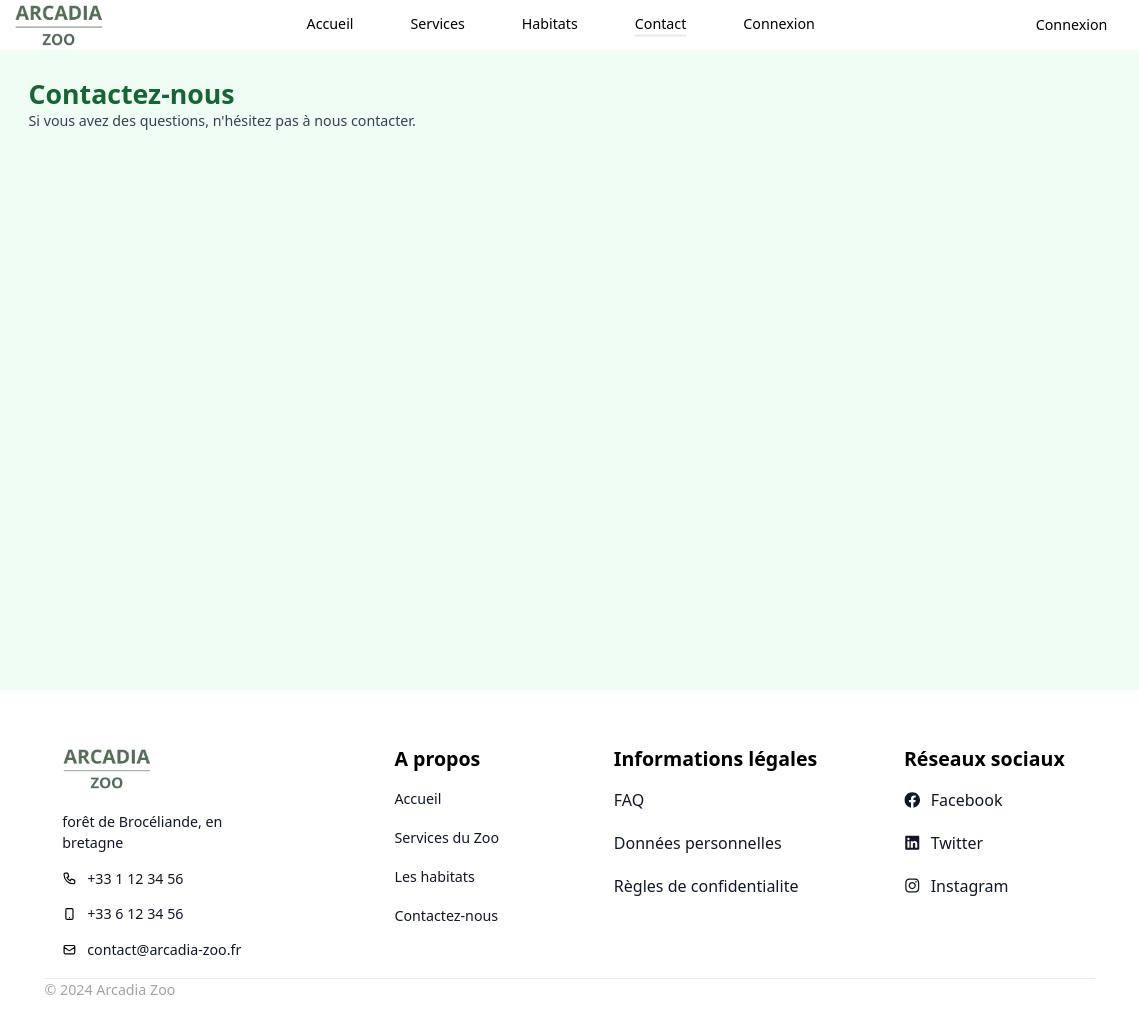
Repository: rdaa99/zoo-arcadia
Page: /contact
An editor plug-in stored every save of this project. The page is shown before and after the next save, followed by the edit.
The browser window is 1280 px wide. The pictures show the whole page, at 89% of full size.
The project was rebuilt for these pictures with package versions that can differ from the ones it lists, and the page was loaded fresh each time. The framework's server and built-in components were replaced by stand-ins that run in the browser. Also part of the build but not shown: next.config.ts, components/organisms/Navbar/NavbarMobile.tsx, components/molecules/Button/TextButton.tsx.

Above is the page before, as saved 2024-11-18 21:48:15.

### app/layout.tsx
import type { Metadata } from "next";
import localFont from "next/font/local";
import "./globals.css";
import { Footer } from "@/components/organisms/Footer/Footer";
import { Navbar } from "@/components/organisms/Navbar/Navbar";
import { NavbarResponsive } from "@/components/organisms/Navbar/NavbarResponsive";

const geistSans = localFont({
  src: "../assets/fonts/GeistVF.woff",
  variable: "--font-geist-sans",
  weight: "100 900",
});
const geistMono = localFont({
  src: "../assets/fonts/GeistMonoVF.woff",
  variable: "--font-geist-mono",
  weight: "100 900",
});

export const metadata: Metadata = {
  title: "Create Next App",
  description: "Generated by create next app",
};

export default function RootLayout({
  children,
}: Readonly<{
  children: React.ReactNode;
}>) {
  return (
    <html lang="en">
      <body
        className={`${geistSans.variable} ${geistMono.variable} antialiased`}
      >
        <div className="sticky top-0 z-[400]">
          <NavbarResponsive />
        </div>
        {children}

        <div>
          <Footer />
        </div>
      </body>
    </html>
  );
}

### app/(pages)/contact/page.tsx
import { Button } from "flowbite-react";
import Image from "next/image";
import Link from "next/link";

export default function ContactPage() {
  return (
    <div className="bg-green-50 min-h-screen p-8">
      <h1 className="text-3xl font-bold text-green-800">Contactez-nous</h1>
      <p className="text-gray-700">
        Si vous avez des questions, n'hésitez pas à nous contacter.
      </p>
      {/* Ajoutez ici le formulaire ou d'autres éléments nécessaires */}
    </div>
  );
}

### components/organisms/Footer/Footer.tsx
'use client';

import { Footer as FlowbiteFooter } from 'flowbite-react';
import { FaFacebook, FaInstagram, FaLinkedin } from 'react-icons/fa';
import { HiOutlineDeviceMobile, HiOutlineMail, HiOutlinePhone } from 'react-icons/hi';
import { customFooterTheme } from './theme';
import { Logo } from '@/components/atoms/Logo';
import { useResponsive, DeviceSize } from '@/hooks/useResponsive';
import { Typography } from '@/components/atoms/Typography/Typography';

export const Footer = () => {
    const { deviceSize } = useResponsive();

    const adressList = [
        { name: "forêt de Brocéliande, en bretagne" },
        { name: "+33 1 12 34 56", icon: HiOutlinePhone },
        { name: "+33 6 12 34 56", icon: HiOutlineDeviceMobile },
        { name: "contact@arcadia-zoo.fr", icon: HiOutlineMail }
    ];

    const aboutList = [
        { name: "Accueil", link: '/' },
        {name: 'Services du Zoo', link: '/Services',},
        {name: 'Les habitats', link: '/Habitats',},
        {name: 'Contactez-nous', link: '/Contact',}
    ];

    const legalList = [
        { name: "FAQ", link: '/faq' },
        { name: "Données personnelles", link: '/donnees-personnelles' },
        { name: "Règles de confidentialite", link: '/regle-confidentialite' }
    ];

    const socialList = [
        { name: "Facebook", icon: FaFacebook, link: '#' },
        { name: "Twitter", icon: FaLinkedin, link: '#' },
        { name: "Instagram", icon: FaInstagram, link: '#' },
    ];


    let footerSize = '';
    if (deviceSize <= DeviceSize.sm) {
        footerSize = 'max-w-screen-sm';
    } else if (deviceSize < DeviceSize.lg) {
        footerSize = 'max-w-screen-lg';
    } else if (deviceSize > DeviceSize.lg) {
        footerSize = 'xl:w-[1180px] w-auto';
    }

    const footerWidth =
        deviceSize <= DeviceSize.md
        ? 'w-[350px]'
        : deviceSize <= DeviceSize.lg
            ? 'w-52'
            : deviceSize <= DeviceSize.xl
            ? 'w-[300px]'
            : 'w-[350px]';

    return (
        <FlowbiteFooter container={true} theme={customFooterTheme}>
        <div className={`${footerSize}  grid md:grid-cols-4 md:gap-x-7 gap-y-5 md:gap-y-0`}>
        <div className="grid grid-cols-1 md:content-start justify-items-center md:justify-items-start gap-y-5 p-5">
            <Logo />
            <div className="flex items-center md:items-start flex-col md:gap-y-4 gap-y-3">
            {adressList.map((list, index) => (
                <div className={`flex items-center gap-x-3 text-primary-900`} key={index}>
                {list.icon && <list.icon />}
                <Typography customClassName="text-base font-normal text-start text-slate-900" fontFamily="secondary">
                    {list.name}
                </Typography>
                </div>
            ))}
            </div>
        </div>
        <div className={`grid md:justify-around md:content-start md:justify-items-start justify-items-center gap-y-4 p-5 ${footerWidth}`}>
            <FlowbiteFooter.Title theme={customFooterTheme.title} title="A propos" />
            <FlowbiteFooter.LinkGroup theme={customFooterTheme.groupLink}>
            {aboutList.map((list, index) => (
                <FlowbiteFooter.Link theme={customFooterTheme.groupLink.link} key={index} href={list.link}>
                    <Typography customClassName="flex items-center text-base font-normal" fontFamily="secondary">
                    {list.name}
                    </Typography>
                </FlowbiteFooter.Link>
            ))}
            </FlowbiteFooter.LinkGroup>
        </div>
        <div className={`grid md:justify-around md:content-start md:justify-items-start justify-items-center gap-y-4 p-5 ${footerWidth}`}>
            <FlowbiteFooter.Title theme={customFooterTheme.title} title="Informations légales" />
            <FlowbiteFooter.LinkGroup theme={customFooterTheme.groupLink}>
            {legalList.map((list, index) => (
                <FlowbiteFooter.Link theme={customFooterTheme.groupLink.link} key={index} href={list.link}>
                    {list.name}
                </FlowbiteFooter.Link>
            ))}
            </FlowbiteFooter.LinkGroup>
        </div>
        <div className={`grid md:justify-around md:content-start md:justify-items-start justify-items-center gap-y-4 p-5 ${footerWidth}`}>
            <FlowbiteFooter.Title theme={customFooterTheme.title} title="Réseaux sociaux" />
            <FlowbiteFooter.LinkGroup theme={customFooterTheme.groupLink}>
            {socialList.map((list, index) => (
                <FlowbiteFooter.Link theme={customFooterTheme.groupLink.link} key={index} href={list.link}>
                <div className={`flex items-center gap-x-3`}>
                    {list.icon && <list.icon />}
                    {list.name}
                </div>
                </FlowbiteFooter.Link>
            ))}
            </FlowbiteFooter.LinkGroup>
        </div>
        </div>
        <FlowbiteFooter.Divider />
        <div className="max-w-screen-md md:w-[1180px] grid grid-rows-1 md:justify-start justify-center">
        <FlowbiteFooter.Copyright theme={customFooterTheme.copyright} by=" Arcadia Zoo" year={new Date().getFullYear()} />
        </div>
    </FlowbiteFooter>
    );
};

### components/organisms/Navbar/NavbarResponsive.tsx
'use client';

import { DeviceSize, useResponsive } from "@/hooks/useResponsive";
import { NavbarMobile } from "./NavbarMobile";
import { Navbar } from "./Navbar";

export const NavbarResponsive = () => {
  const { deviceSize } = useResponsive();

  if (!deviceSize) {
    return null; // ou un loader pendant le calcul
  }

  return deviceSize <= DeviceSize.lg ? <NavbarMobile /> : <Navbar />;
};

### components/organisms/Footer/theme.tsx
import { FlowbiteFooterTheme } from 'flowbite-react';

export const customFooterTheme: FlowbiteFooterTheme = {
  root: {
    base: 'grid pt-10 md:pt-10 justify-center bg-zinc-50 lg:px-0 md:px-10 px-0 bg-secondary-50',
    container: '',
    bgDark: ''
  },
  groupLink: {
    base: 'grid md:gap-y-5 gap-y-3 items-center justify-items-center md:justify-items-start',
    link: {
      base: 'text-lg leading-7 text-slate-900',
      href: ''
    },
    col: ''
  },
  icon: {
    base: 'text-red-500 dark:hover:text-white',
    size: 'h-9 w-9'
  },
  title: {
    base: 'text-primary-700 text-[22px] normal-case font-bold'
  },
  divider: {
    base: 'md:w-full md:border-stone-300 p-5'
  },
  copyright: {
    base: 'w-full text-base text-neutral-400 md:mb-9 mb-4',
    href: '',
    span: ''
  },
  brand: {
    base: 'mb-4',
    img: 'mr-3 h-8',
    span: 'self-center whitespace-nowrap text-2xl font-semibold text-red-800'
  }
};

### hooks/useResponsive.ts
'use client';

import { useEffect, useState } from 'react';

export enum DeviceSize {
  sm = 640,
  md = 768,
  lg = 1024,
  xl = 1280
}

export const useResponsive = () => {
  const [deviceSize, setDeviceSize] = useState(DeviceSize.xl);

  useEffect(() => {
    const checkScreenSize = () => {
      if (window.innerWidth <= DeviceSize.sm) {
        setDeviceSize(DeviceSize.sm);
      } else if (window.innerWidth <= DeviceSize.md) {
        setDeviceSize(DeviceSize.md);
      } else if (window.innerWidth < DeviceSize.lg) {
        setDeviceSize(DeviceSize.lg);
      } else {
        setDeviceSize(DeviceSize.xl);
      }
    };
    checkScreenSize();

    window.addEventListener('resize', checkScreenSize);

    return () => window.removeEventListener('resize', checkScreenSize);
  }, []);

  return { deviceSize };
};

### components/atoms/Typography/Typography.tsx
import React from 'react';

import clsxm from '@/utils/clsxm';
import { MarginRestrictedClassnames } from '@/utils/tailwind';

import { BreakWords, FontFamily, FontWeight, Gradiant, HTMLTag, TextAlign, TextColor, TextTransform, VariantType } from './interface';

type Shade = '50' | '100' | '200' | '300' | '400' | '500' | '600' | '700' | '800' | '900';

export type Props = {
  children: React.ReactNode;
  variant?: VariantType;
  tag?: HTMLTag;
  align?: TextAlign;
  breakWords?: BreakWords;
  ellipsis?: boolean;
  onClick?: () => void;
  transform?: TextTransform;
  weight?: FontWeight;
  color?: TextColor;
  gradiant?: Gradiant;
  customColor?: string;
  withCarriageReturn?: boolean;
  customColorClass?: `text-${TextColor}-${Shade}`;
  customClassName?: string;
  marginClassName?: MarginRestrictedClassnames;
  fontFamily?: FontFamily;
};

export const VARIANT_TO_TAG: Record<VariantType, HTMLTag> = {
  bigTitle: 'h1',
  heroTitle: 'h1',
  h1: 'h1',
  h2: 'h2',
  h3: 'h3',
  h4: 'h4',
  h5: 'h5',
  cardTitle: 'h3',
  componentTitle: 'h2',
  componentSmallTitle: 'h3',
  small: 'p',
  paragraph: 'p',
  paragraph2: 'p',
  paragraph3: 'p',
  formTitle: 'p',
  extraSmall: 'p'
};

export const Typography = ({
  children,
  variant,
  tag,
  align,
  breakWords,
  ellipsis = false,
  onClick = () => undefined,
  weight,
  transform,
  color,
  gradiant,
  customColor,
  customColorClass,
  withCarriageReturn,
  marginClassName,
  customClassName,
  fontFamily
}: Props) => {
  const CustomTag = tag ? tag : (variant && VARIANT_TO_TAG[variant]) || 'p';
  const appliedColor = customColor || undefined;

  return (
    <CustomTag
      data-testid="typography"
      style={{ color: appliedColor }}
      className={clsxm(
        'align-left font-normal ',
        marginClassName,
        customClassName,
        [
          variant === 'bigTitle' && 'lg:text-[56px] lg:leading-[58px] font-bold text-[38px] leading-[40px]',
          variant === 'heroTitle' && 'font-medium text-[34px] leading-[34px] md:text-[58px] md:leading-[58px]',
          variant === 'h1' && 'font-900 text-2xl md:text-3xl lg:text-4xl',
          variant === 'h2' && 'font-900 text-xl md:text-2xl',
          variant === 'h3' && 'font-900 text-md md:text-xl leading-6',
          variant === 'h4' && 'font-900 text-md',
          variant === 'h5' && 'font-900 text-sm',
          variant === 'componentTitle' && 'md:text-[52px] md:leading-[62px] font-normal text-[32px] leading-[36px]',
          variant === 'componentSmallTitle' && 'md:text-[22px] md:leading-[29px] font-semibold text-xl',
          variant === 'cardTitle' && 'text-base font-semibold',
          variant === 'paragraph' && 'font-normal text-base leading-[22px]',
          variant === 'paragraph2' && 'font-normal text-lg',
          variant === 'paragraph3' && 'font-normal text-base md:text-lg',
          variant === 'small' && 'md:text-base text-sm',
          variant === 'extraSmall' && 'text-[10px] leading-3'
        ],
        [breakWords === 'all' && 'break-all', breakWords === 'words' && 'break-words', breakWords === 'normal' && 'break-normal'],
        ellipsis && 'truncate',
        [
          align === 'left' && 'text-left',
          align === 'center' && 'text-center',
          align === 'right' && 'text-right',
          align === 'justify' && 'text-justify'
        ],
        [transform === 'capitalize' && 'capitalize', transform === 'uppercase' && 'uppercase', transform === 'lowercase' && 'lowercase'],
        [
          weight === 'light' && 'font-light',
          weight === 'regular' && 'font-normal',
          weight === 'medium' && 'font-medium',
          weight === 'semibold' && 'font-semibold',
          weight === 'bold' && 'font-bold',
          weight === 'extrabold' && 'font-extrabold'
        ],
        [
          color === 'primary' && 'text-primary-500',
          color === 'secondary' && 'text-secondary-500',
          color === 'gray' && 'text-gray-700',
          color === 'darkGray' && 'text-[#6D6D88]',
          color === 'lightGray' && 'text-[#9393A8]',
          color === 'white' && 'text-white',
          color === 'black' && 'text-black',
          color === 'red' && 'text-[#EF4343]',
          color === 'orange' && 'text-orange-500',
          color === 'blue' && 'text-[#140B7C]',
          color === 'success' && 'text-[#2CB661]',
          color === 'dark' && 'text-primary-800'
        ],
        [
          gradiant === 'primary' &&
            'from-secondary-600 via-primary-500 to-secondary-500 animate-text bg-gradient-to-r bg-clip-text text-transparent font-black',
          gradiant === 'secondary' &&
            'from-blue-600 via-[#140B7C] to-white animate-text bg-gradient-to-r bg-clip-text text-transparent font-black',
          gradiant === 'tertiary' &&
            'bg-[conic-gradient(at_top,_var(--tw-gradient-stops))] from-primary-800 via-red-400/60 to-secondary-700 animate-text bg-clip-text text-transparent font-black',
          gradiant === 'quatro' &&
            'bg-[radial-gradient(ellipse_at_top,_var(--tw-gradient-stops))] from-amber-700 via-orange-400 to-rose-800 animate-text bg-clip-text text-transparent font-black',
          gradiant === 'cinquo' && 'bg-gradient-to-r from-white to-slate-600 animate-text bg-clip-text text-transparent font-black',
          gradiant === 'star' && 'bg-gradient-to-r from-white to-slate-300 animate-text bg-clip-text text-transparent font-black'
        ],
        [
          fontFamily === 'primary',
          fontFamily === 'secondary',
        ],
        customColorClass && customColorClass,
        withCarriageReturn && 'whitespace-pre-line'
      )}
      onClick={onClick}
    >
      {children}
    </CustomTag>
  );
};

### components/organisms/Navbar/Navbar.tsx
"use client"; // Ajouter cette directive au début du fichier
import { Navbar as FlowbiteNavbar } from "flowbite-react";
import Link from "next/link";
import { usePathname } from "next/navigation";
import { useState, useEffect } from "react";

import { Logo } from "@/components/atoms/Logo";
import { Typography } from "@/components/atoms/Typography";
import { Button } from "@/components/molecules/Button";

import { customNavbarTheme } from "./theme";

export const Navbar = () => {
  const pathname = usePathname();
  const [shadow, setShadow] = useState<number>(0);
  const scrollThreshold = 50;

  const navbarList = [
    { name: "Accueil", link: "/" },
    { name: "Services", link: "/services" },
    { name: "Habitats", link: "/habitats" },
    { name: "Contact", link: "/contact" },
    { name: "Connexion", link: "/connexion" },
  ];

  useEffect(() => {
    const handleScroll = () => {
      setShadow(window.scrollY);
    };

    window.addEventListener("scroll", handleScroll);
    return () => {
      window.removeEventListener("scroll", handleScroll);
    };
  }, []);

  return (
    <FlowbiteNavbar
      theme={customNavbarTheme(undefined)}
      className={`transition-shadow duration-300 ${
        shadow > scrollThreshold
          ? "shadow-[0_0px_5px_2px_rgba(212,212,212,1)]"
          : ""
      }`}
    >
      {/* <div className='w-[120px]'><Logo /></div> */}
      <Logo />
      <FlowbiteNavbar.Collapse>
        <div className="flex flex-row gap-x-16">
          {navbarList.map((page) => (
            <FlowbiteNavbar.Link as={Link} href={page.link} key={page.name}>
              <Typography
                customClassName={`hover:border-primary-400 hover:border-b-2  text-base ${
                  pathname === page.link ? "border-b-2 border-primary-700" : ""
                }`}
                color="dark"
              >
                {page.name}
              </Typography>
            </FlowbiteNavbar.Link>
          ))}
        </div>
      </FlowbiteNavbar.Collapse>
      <Button size="s" color="primary" href="/connexion">
        Connexion
      </Button>
    </FlowbiteNavbar>
  );
};

### components/atoms/Logo/Logo.tsx
import Image from 'next/image';
import Link from 'next/link';
import React from 'react';

export interface LogoProps {
  redirectUrl?: string;
  src?: string;
}

export const Logo = ({
  redirectUrl = '/',
  src = '/images/arcadia-logo-2.webp', // Chemin relatif à partir de "public"
}: LogoProps) => {
  return (
    <Link href={redirectUrl}>
      <Image width={100} height={45} src={src} alt="logo of arcadia zoo" />
    </Link>
  );
};

### utils/clsxm.ts
import clsx, { ClassValue } from "clsx";
import { twMerge } from "tailwind-merge";

/** Merge classes with tailwind-merge with clsx full feature */
export default function clsxm(...classes: ClassValue[]) {
  return twMerge(clsx(...classes));
}

### components/organisms/Navbar/theme.tsx
import { FlowbiteNavbarTheme } from 'flowbite-react';

export const customNavbarTheme = (isOpen: boolean | undefined): FlowbiteNavbarTheme => ({
  root: {
    base: 'px-4 w-full bg-secondary-50 flex flex-row justify-center',
    rounded: {
      on: 'rounded',
      off: ''
    },
    bordered: {
      on: '',
      off: ''
    },
    inner: {
      base: 'w-full flex justify-between items-center',
      fluid: {
        on: '',
        off: ''
      }
    }
  },
  brand: {
    base: ''
  },
  collapse: {
    base: 'w-full lg:block lg:w-auto h-screen lg:h-auto mt-16 lg:mt-0',
    list: 'flex flex-col lg:flex-row lg:space-x-8 lg:font-medium lg:items-center gap-y-10 lg:gap-y-0',
    hidden: {
      on: 'hidden',
      off: ''
    }
  },
  link: {
    base: 'hover:text-secondary-700 hover:border-b-2',
    active: {
      on: '',
      off: ''
    },
    disabled: {
      on: '',
      off: ''
    }
  },
  toggle: {
    base: `text-primary-500 rounded-[10px] lg:hidden ${isOpen === true ? 'bg-primary-100' : 'bg-transparent'}`, // Clean base styles for the toggle
    icon: 'h-[42px] w-[42px] shrink-0' // Icon only, no extra styles or content
  }
});

### components/molecules/Button/index.ts
export * from './Button';
export * from './TextButton';

### components/molecules/Button/Button.tsx
import Link from 'next/link';
import * as React from 'react';
import clsxm from '@/utils/clsxm';

type ButtonColor = 'primary' | 'secondary';
type ButtonVariant = 'transparent' | 'underline' | 'outline';
export type ButtonSize = 'xs' | 's' | 'm' | 'l' | 'xl';

type ButtonProps = {
  color?: ButtonColor;
  variant?: ButtonVariant;
  size?: ButtonSize;
  href?: string;
} & React.ButtonHTMLAttributes<HTMLButtonElement> & {
  as?: React.ElementType;  // Ajout de la prop 'as' dynamique
};

export const Button = React.forwardRef<HTMLElement, ButtonProps>(
  ({ children, className, color = 'primary', variant, size = 's', type = 'button', href, as = 'button', ...props }, ref) => {
    // Déterminer l'élément à rendre en fonction de la prop 'as'
    let Component = as;

    // Si 'href' est défini, utiliser Link pour une URL interne ou 'a' pour un lien externe
    if (href) {
      Component = href.startsWith('/') ? Link : 'a';
    }

    // Appliquer dynamiquement les classes et autres props
    return (
      <Component
        ref={ref}
        type={type}
        href={href} // Passe l'attribut href si nécessaire
        className={clsxm(
          'flex items-center justify-center gap-2 rounded-md text-base focus:outline-none focus-visible:ring focus-visible:ring-primary-500 hover:bg-primary-500',
          className, // Les classes passées en props
          //*=========== Size ===========
          [
            size === 's' && 'w-[120px] h-9',
            size === 'm' && 'w-[270px] h-11',
            size === 'l' && 'w-full h-11'
          ],
          //*=========== Colors ===========
          [
            color === 'primary' && 'bg-primary-500 hover:bg-primary-600 disabled:bg-gray-200 focus:ring-transparent enabled:hover:bg-primary-500',
            color === 'secondary' && 'bg-secondary-700 text-white hover:border-secondary-700 hover:border-2 shadow-none hover:bg-secondary-50 hover:text-secondary-700 disabled:bg-gray-200 focus:ring-transparent enabled:hover:bg-transparent'
          ],
          //*=========== Variants ===========
          [
            variant === 'transparent' && 'bg-transparent enabled:hover:bg-transparent',
            variant === 'underline' && 'bg-transparent underline enabled:hover:bg-transparent',
            variant === 'outline' && 'bg-white enabled:hover:bg-white border border-primary-500 justify-center hover:shadow-sm'
          ]
        )}
        {...props}
      >
        {children}
      </Component>
    );
  }
);

Button.displayName = 'Button';

Loaded but not shown: app/globals.css (common file); components/atoms/Logo/index.ts (common file); components/atoms/Typography/index.ts (common file); tailwind.config.ts (common file)

After the next save:
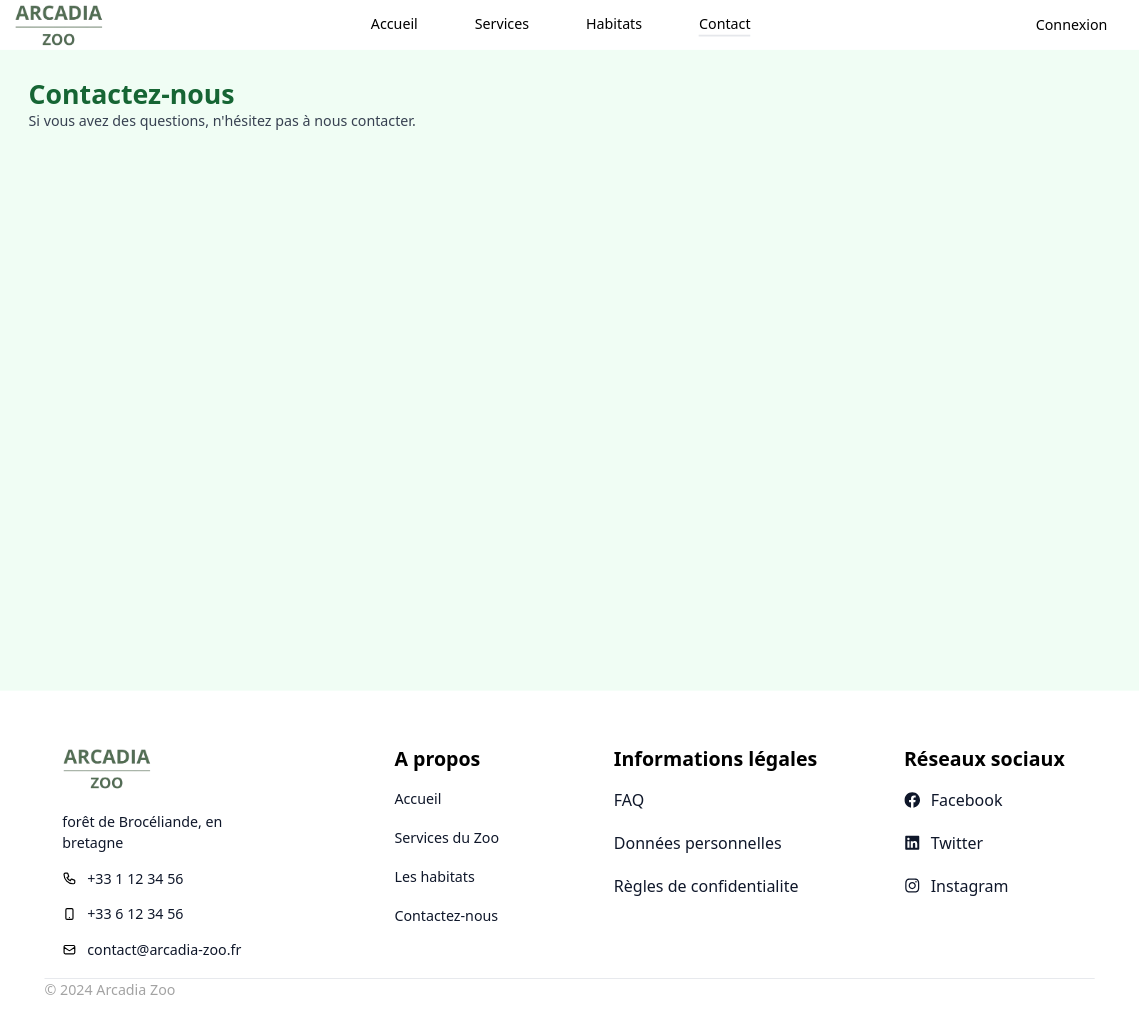
Saved 4 min 40 s later.
--- a/components/organisms/Navbar/Navbar.tsx
+++ b/components/organisms/Navbar/Navbar.tsx
@@ -20,7 +20,6 @@ export const Navbar = () => {
     { name: "Services", link: "/services" },
     { name: "Habitats", link: "/habitats" },
     { name: "Contact", link: "/contact" },
-    { name: "Connexion", link: "/connexion" },
   ];
 
   useEffect(() => {
